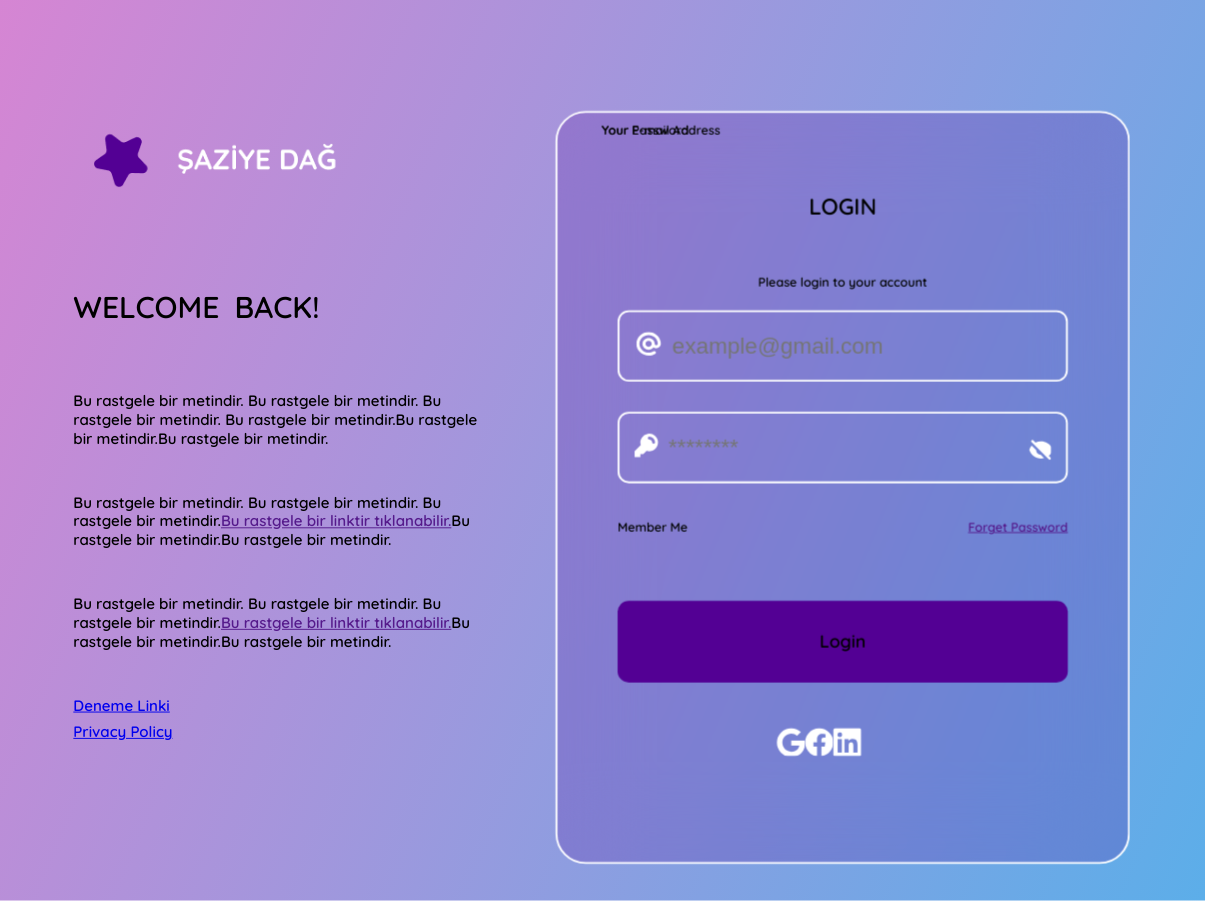
Repository: szydag/login
Page: /
These files come from the project's save history. The page is drawn as it stood at one moment and after the next save; the edit follows.
The browser window is 1280 px wide. The page is 1282 px wide, so the pictures cover 1282 px, including what lies to the right of the window. The pictures show the whole page, at 94% of full size.
The project was rebuilt for these pictures with package versions that can differ from the ones it lists, and the page was loaded fresh each time. Also part of the build but not shown: src/assets/svgr/unhiddenIcon/index.js.

Above is the page before, as saved 2023-10-29 21:12:40.

After the next save:
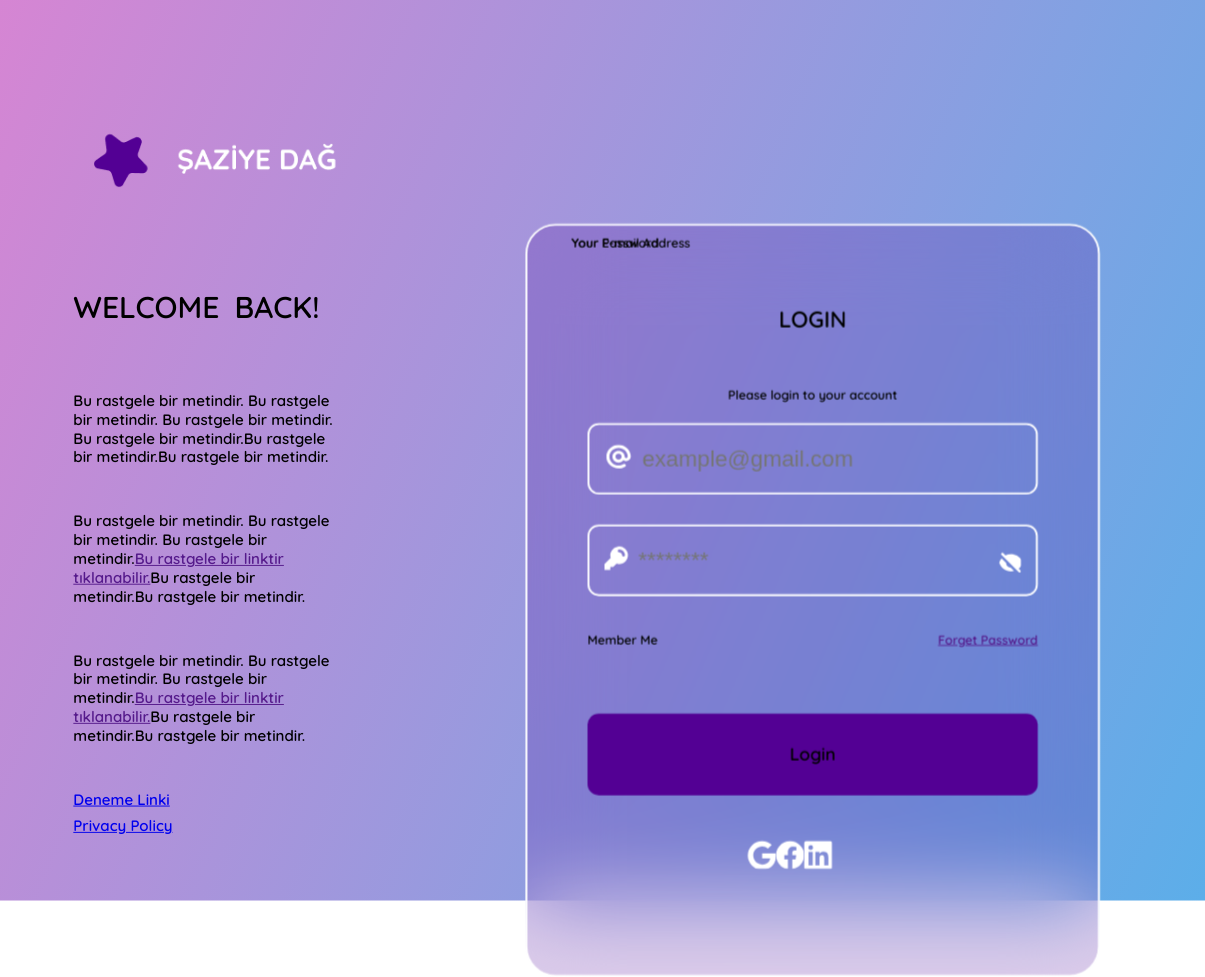
Saved 13 h 0 min later.
--- a/src/app/pages/login/style.js
+++ b/src/app/pages/login/style.js
@@ -78,6 +78,7 @@
         gap: '8px',
     },
     loginArea: {
+        margin:"120px",
         width: '50%',
         display: 'flex',
         padding: '64px',

After the 2 saves that followed:
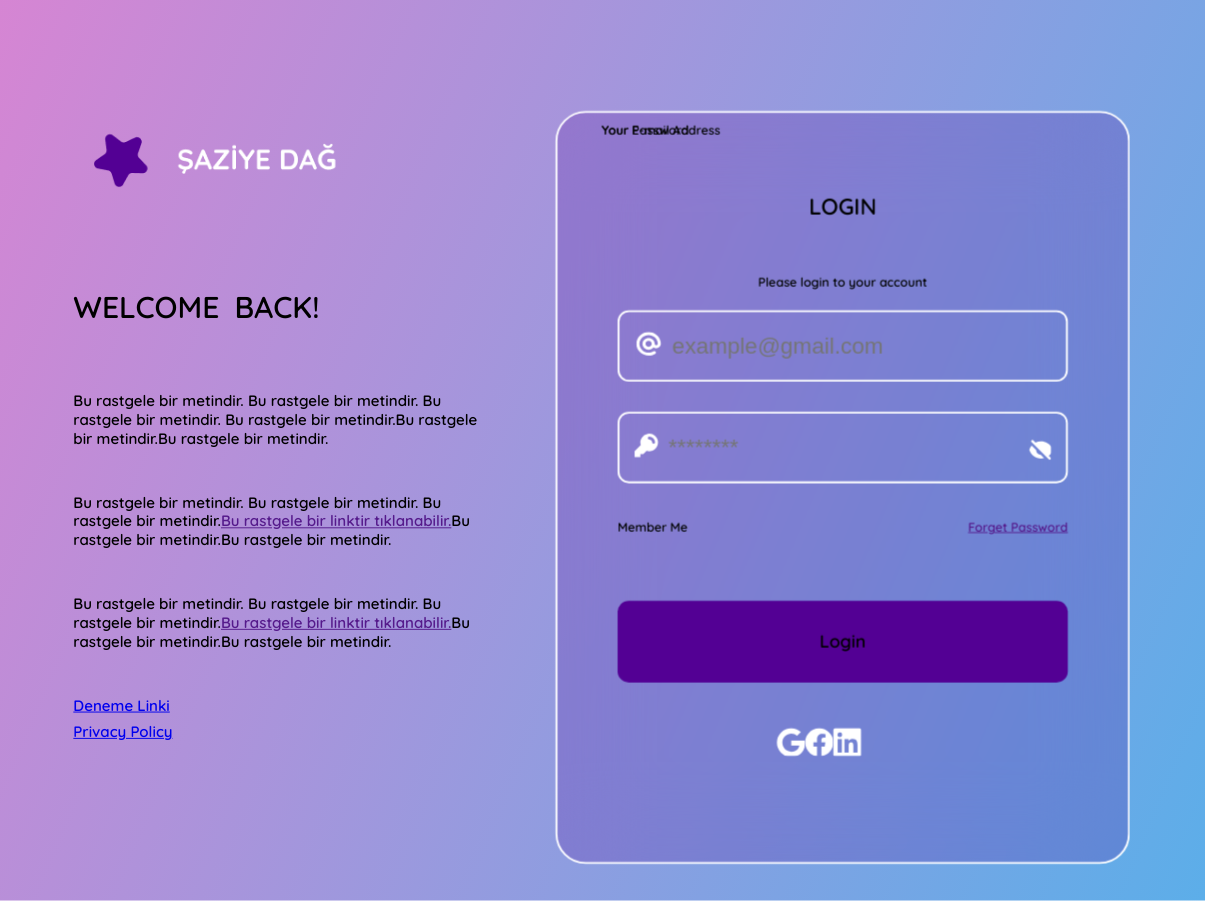
The 2 saves are shown as one change because 1 left the picture as it was.
The last was saved 97 s later.
--- a/src/app/pages/login/style.js
+++ b/src/app/pages/login/style.js
@@ -77,9 +77,14 @@
         alignItems: 'flex-start',
         gap: '8px',
     },
+    loginAreaContainer:{
+        display: 'flex',
+        padding: '120px',
+        flexDirection: 'column',
+        justifyContent: 'center',
+        alignItems: 'center',
+    },
     loginArea: {
-        margin:"120px",
-        width: '50%',
         display: 'flex',
         padding: '64px',
         flexDirection: 'column',
